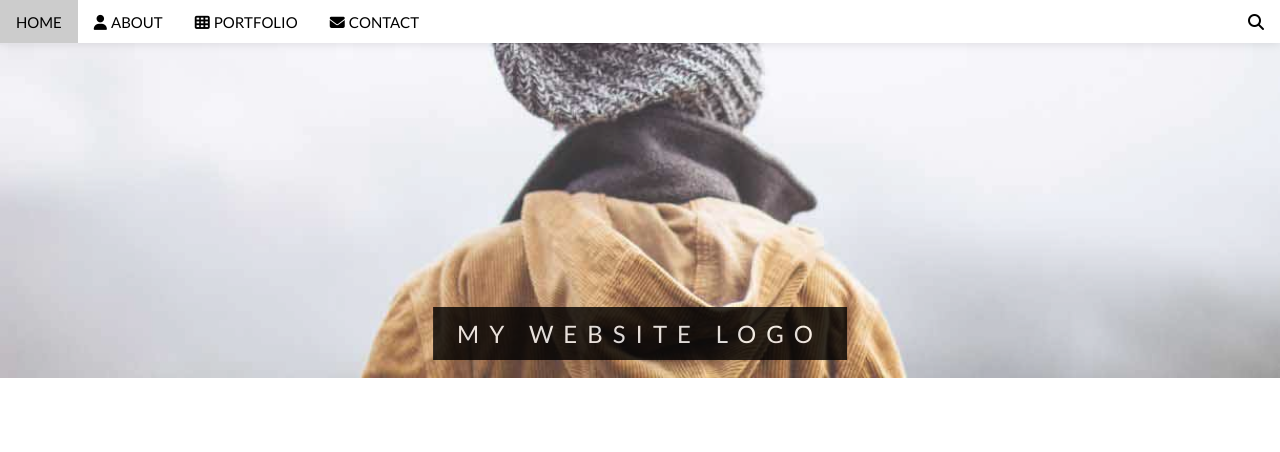
Repository: xd25vn/project-error
Page: index.html
These files come from the project's save history. The page is drawn as it stood at one moment and after the next save; the edit follows.
The browser window is 1280 px wide. The pictures show the whole page.

Above is the page before, as saved 2023-09-02 14:36:51.

After the next save:
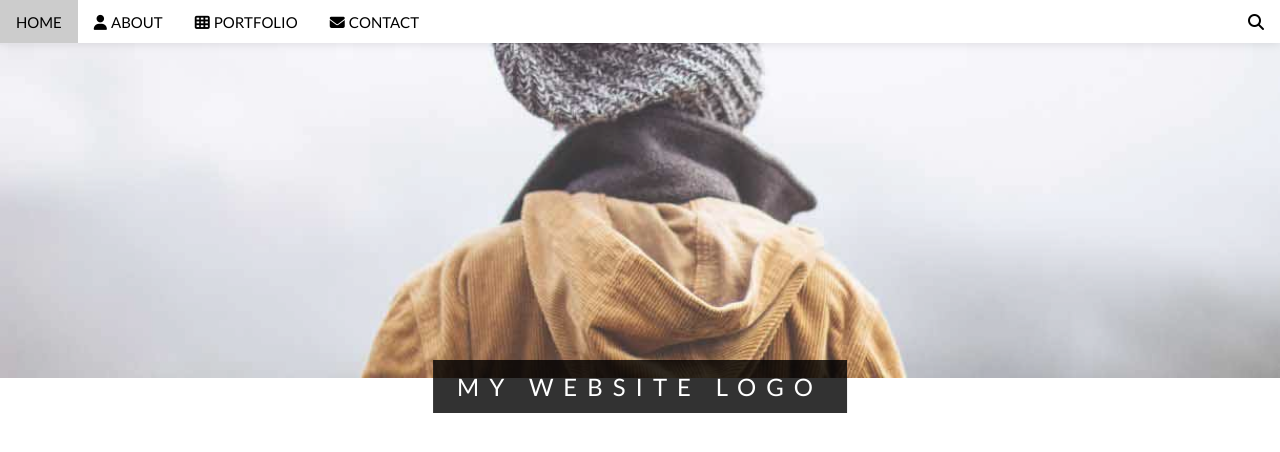
Saved 10 s later.
--- a/assets/main.css
+++ b/assets/main.css
@@ -65,7 +65,7 @@ header .nav-icon-search:hover i {
     opacity: 0.8;
     left: 50%;
     transform: translateX(-50%);
-    bottom: 50%;
+    top: 50%;
 }
 
 #sidebar .sidebar-text-one span {
